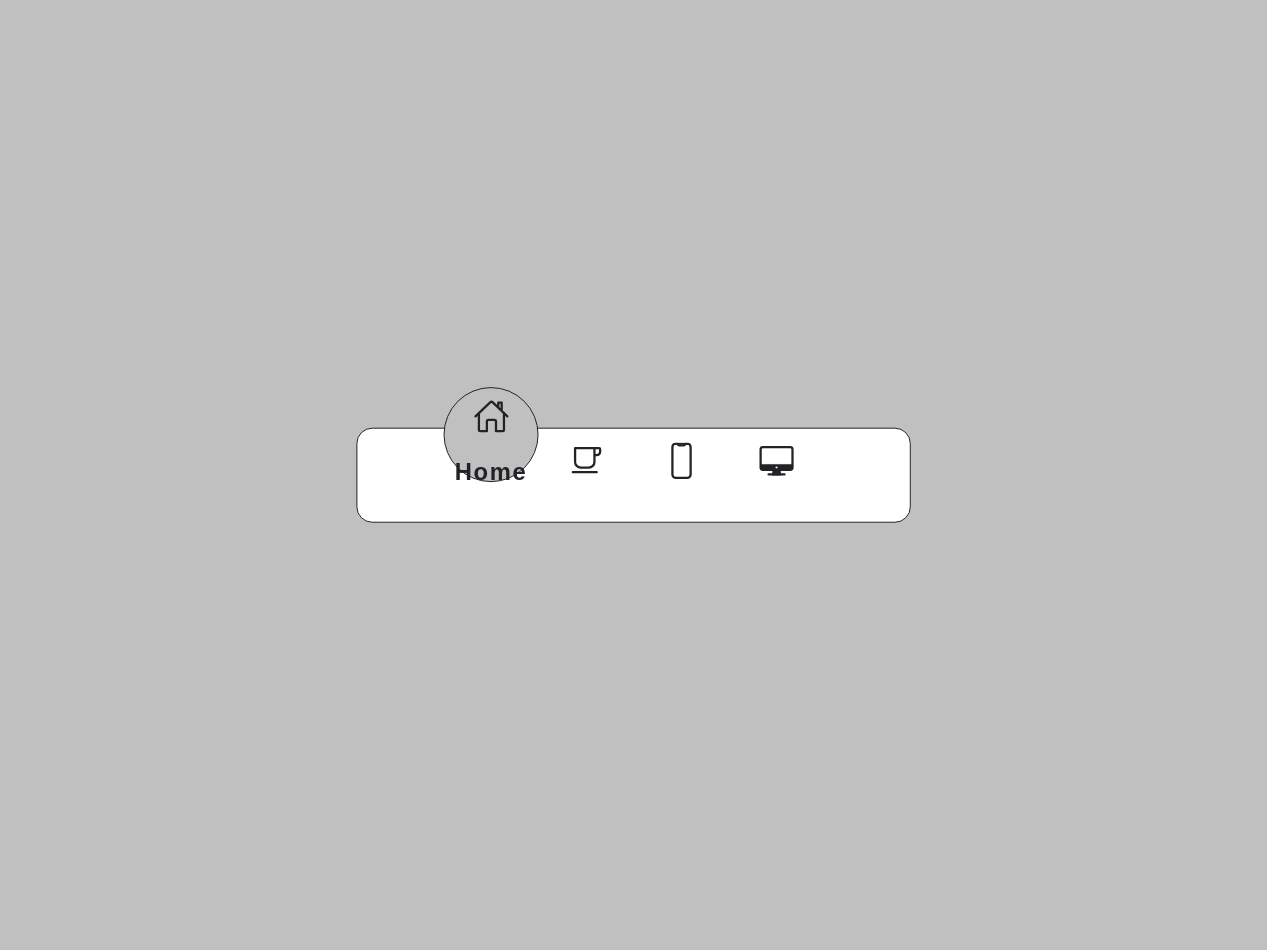
Repository: DevJoeYC/Metabukcs
Page: http://localhost/metabucks/
An editor plug-in stored every save of this project. The page is shown before and after the next save, followed by the edit.
The browser window is 1280 px wide. The pictures show the whole page, at 99% of full size.
The page is served by Tomcat 9. Other server files are loaded and not shown.

Above is the page before, as saved 2022-05-27 01:13:09.

### metabucks/WebContent/index.html
<!DOCTYPE html>
<html>
<head>
	<meta charset="UTF-8">
	<title>CTEAM team project nav</title>
	<link rel="stylesheet" type="text/css" href="./show/test.css">
	<script src="./show/common.js"></script>
	<script src="./show/jquery.js"></script>
</head>
<body>
	<div class="nav">
		<ul>
			<li class="list active">
				<a href="./HOME/index.jsp" target="_blank">
					<span class="icon"><ion-icon name="home-outline"></ion-icon></span>
					<span class="text">Home</span>
				</a>
			</li>
			<li class="list">
				<a href="./KIOSK/index.jsp" target="_blank">
					<span class="icon"><ion-icon name="cafe-outline"></ion-icon></span>
					<span class="text">KIOSK</span>
				</a>
			</li>
			<li class="list">
				<a href="./METAORDER/index.jsp" target="_blank">
					<span class="icon"><ion-icon name="phone-portrait-outline"></ion-icon></span>
					<span class="text">Metaoder</span>
				</a>
			</li>
			<li class="list">
				<a href="./POS/index.html" target="_blank">
					<span class="icon"><ion-icon name="desktop-outline"></ion-icon></span>
					<span class="text">POS</span>
				</a>
			</li>
			<div class="indicator"></div>
		</ul>
	</div>
	<script>
		var list = document.querySelectorAll('.list');
		function activeLink(){
			list.forEach((item) => item.classList.remove('active'));
			this.classList.add('active');
		}
		list.forEach((item) =>
		item.addEventListener('mouseover', activeLink));
	</script>
	<script type="module" src="https://unpkg.com/ionicons@5.5.2/dist/ionicons/ionicons.esm.js"></script>
	<script nomodule src="https://unpkg.com/ionicons@5.5.2/dist/ionicons/ionicons.js"></script>
</body>
</html>

### metabucks/WebContent/show/test.css
* {
	margin: 0;
	padding: 0;
	box-sizing: border-box;
	font-family: 'Poppins', sans-serif;
}

:root
{
	--clr: #222327;
}

body
{
	display: flex;
	justify-content: center;
	align-items: center;
	min-height: 60rem;
	background: silver;
}

.nav
{
	position: relative;
	width: 35rem;
	height: 6rem;
	background: #fff;
	display: flex;
	justify-content: center;
	align-items: center;
	border: 0.1rem solid var(--clr);
	border-radius: 1rem;
}

.nav ul
{
	display: flex;
	width: 24rem;
}

.nav ul li
{
	position: relative;
	list-style: none;
	width: 6rem;
	height: 6rem;
	z-index: 1;
}

.nav ul li a
{
	position: relative;
	display: flex;
	justify-content: center;
	align-items: center;
	flex-direction: column;
	width: 100%;
	text-align: center;
	font-weight: bolder;
}

.nav ul li a .icon
{
	position: relative;
	display: block;
	line-height: 5rem;
	font-size: 2.3em;
	text-align: center;
	transition: 0.5s;
	color: var(--clr);
}

.nav ul li.hover a .icon
{
	transform: translateY(-2.8rem);
}
.nav ul li.active a .icon
{
	transform: translateY(-2.8rem);
}

.nav ul li a .text
{
	position: absolute;
	color: var(--clr);
	font-weight: bolder;
	font-size: 1.5rem;
	letter-spacing: 0.1rem;
	transition: 0.5s;
	opacity: 0;
	transform: translateY(-1rem);
}

.nav ul li.hover a .text
{
	opacity: 1;
	transform: translateY(0.3rem)
}
.nav ul li.active a .text
{
	opacity: 1;
	transform: translateY(0.3rem)
}

.indicator
{
	position: absolute;
	top: -2.6rem;
	width: 6rem;
	height: 6rem;
	background: silver;
	border-radius: 50%;
	border: 0.1rem solid var(--clr);
	transition: 0.5s;
}

.nav ul li:nth-child(1).active ~ .indicator
{
	transform: translateX(calc(6rem * 0));
}
.nav ul li:nth-child(2).active ~ .indicator
{
	transform: translateX(calc(6rem * 1));
}
.nav ul li:nth-child(3).active ~ .indicator
{
	transform: translateX(calc(6rem * 2));
}
.nav ul li:nth-child(4).active ~ .indicator
{
	transform: translateX(calc(6rem * 3));
}

### metabucks/WebContent/show/common.js
/****************************************************************************************************
 *	작성자 : 함경환
 *	작성일 : 2022-05-20 11:45
****************************************************************************************************/

//선택된 메뉴를 str로 strURL의 이름을 가진 페이지에 요청을 보낸다.
//결과 값은 to의 id를 가진 곳에 반영한다
function setDiv(to, strURL, str) {
	//선택된 메뉴를 str로 strURL의 이름을 가진 페이지에 요청을 보낸다.
	$.ajax({
		type		: "POST",
		url			: strURL + str,
		dataType	: "HTML",
		contentType : "application/x-www-form-urlencoded; charset=UTF-8",
		success		: function (data) {$(to).html(data);},
		complete	: function (data) {},
		error		: function (data) {}
	});
}

function toggle(obj){
	$(obj).parent().children().css({ "background-color" : "silver" });
	$(obj).css({ "background-color" : "white" });
}

Loaded but not shown: metabucks/WebContent/show/jquery.js (library)

After the next save:
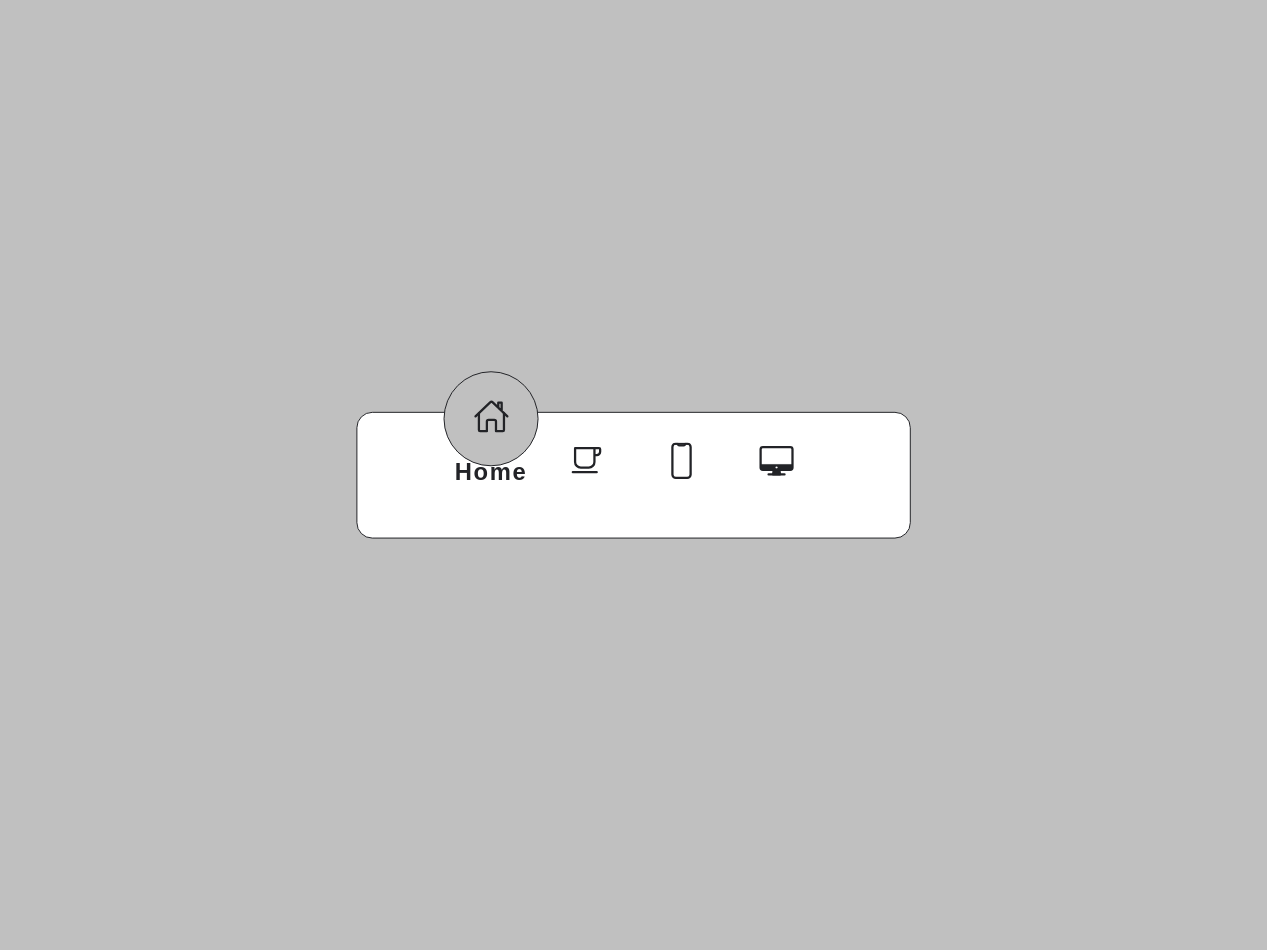
Saved 5 s later.
--- a/metabucks/WebContent/show/test.css
+++ b/metabucks/WebContent/show/test.css
@@ -23,7 +23,7 @@ body
 {
 	position: relative;
 	width: 35rem;
-	height: 6rem;
+	height: 8rem;
 	background: #fff;
 	display: flex;
 	justify-content: center;
